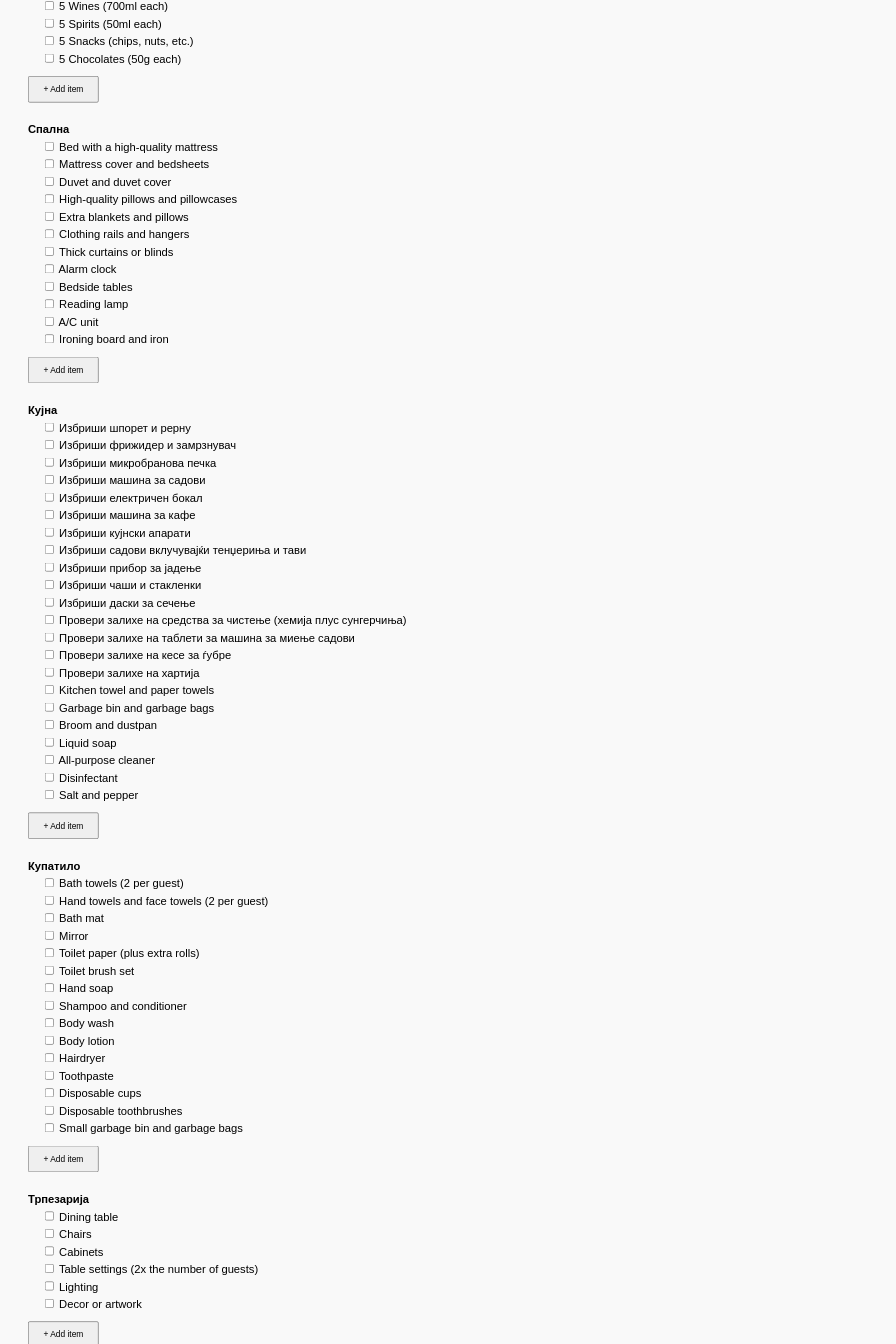
Repository: Z0ck0/Lynx-Apartment-Dashboard
Page: index.html
The author's editor kept a copy of each file at every save. The page is drawn from the files as they stood at one save, then again after a run of saves.
The browser window is 1280 px wide. The pictures show the part of the page from y = 982 to 2902 px (the page is 3987 px tall), at 70% of full size.

Above is the page before, as saved 2025-05-29 11:16:05.

After the next 3 saves:
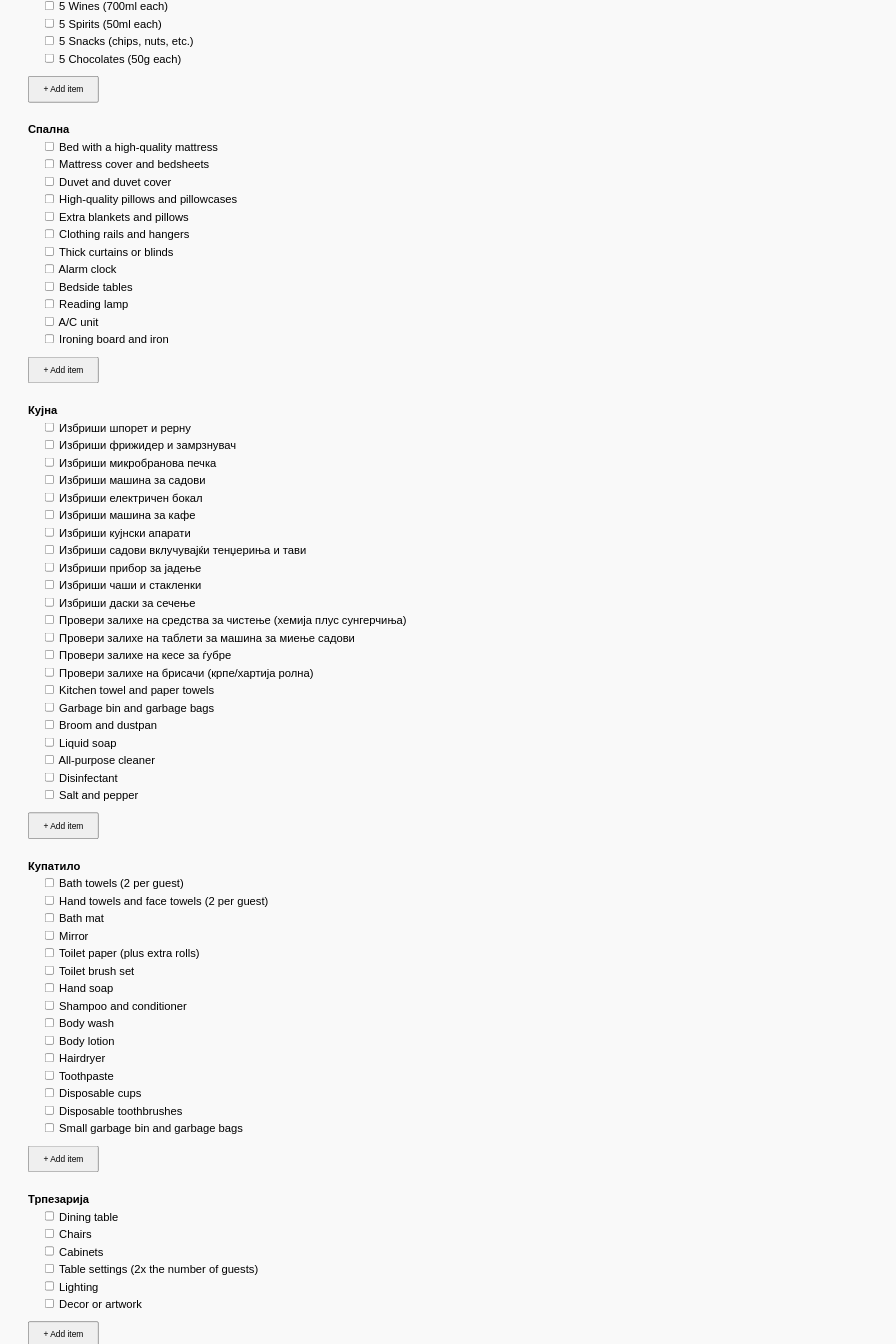
The 3 saves are shown as one change because they came seconds apart.
The last was saved 12 s later.
--- a/index.html
+++ b/index.html
@@ -243,7 +243,7 @@
           "Провери залихе на средства за чистење (хемија плус сунгерчиња)",
           "Провери залихе на таблети за машина за миење садови",
           "Провери залихе на кесе за ѓубре",
-          "Провери залихе на  хартија",
+          "Провери залихе на брисачи (крпе/хартија ролна)",
           "Kitchen towel and paper towels",
           "Garbage bin and garbage bags",
           "Broom and dustpan",
